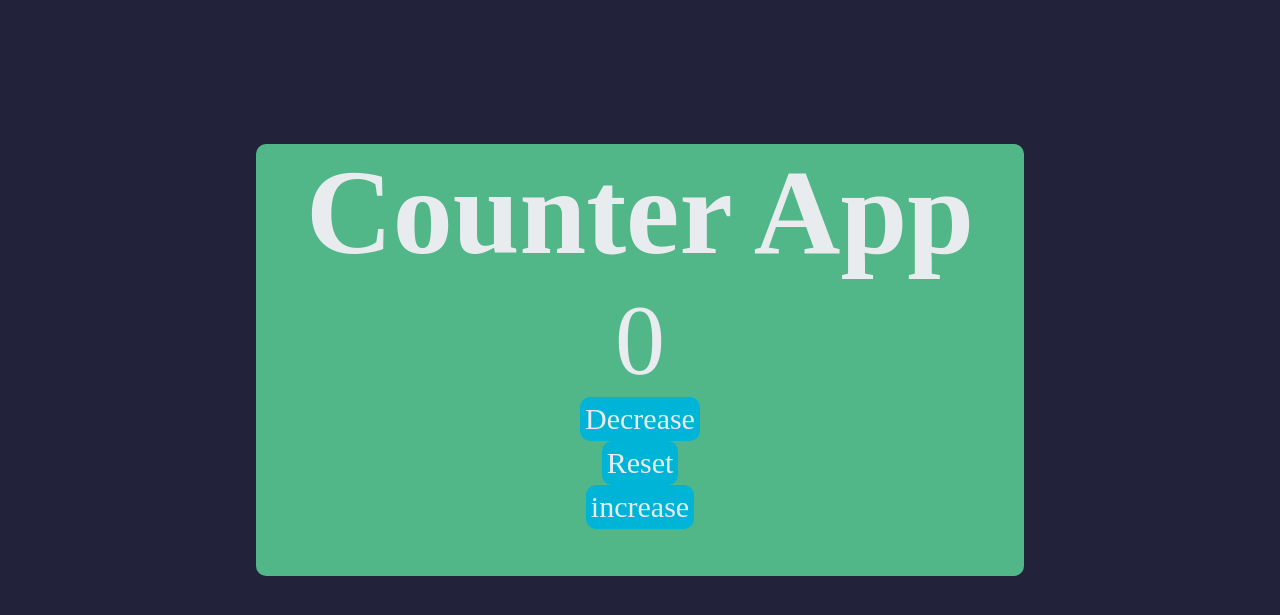
Repository: Yuukicoder/basicProject
Page: project2.html
These files come from the project's save history. The page is drawn as it stood at one moment and after the next save; the edit follows.
The browser window is 1280 px wide. The pictures show the whole page.
Some web fonts or font styles are not loaded; a fallback is used.

Above is the page before, as saved 2023-02-24 21:50:05.

### project2.html
<!DOCTYPE html>
<html lang="en">
  <head>
    <meta charset="UTF-8" />
    <meta http-equiv="X-UA-Compatible" content="IE=edge" />
    <meta name="viewport" content="width=device-width, initial-scale=1.0" />
    <title>Counter App</title>
    <link
      rel="shortcut icon"
      href="assets/Image/project2.png"
      type="image/x-icon"
    />
    <link rel="stylesheet" href="assets/css/project2.css" />
  </head>
  <body>
    <section class="box">
      <h1>Counter App</h1>
      <p class="counter-preview">0</p>
      <div class="buttons" id="allBtns">
        <button class="decrement" id="decrement">Decrease</button>
        <button class="reset" id="reset">Reset</button>
        <button class="increment" id="increment">increase</button>
      </div>
    </section>
    <script src="assets/js/project2.js"></script>
  </body>
</html>

### assets/css/project2.css
@import url("https://fonts.googleapis.com/css2?family=Arima:wght@100;200;300;400;500;700&display=swap");
* {
  margin: 0;
  padding: 0;
  box-sizing: border-box;
  /* border: 1px solid black; */
}
:root {
  --button: #00b4d8;
  --text: #e9ecef;
}
body {
  background-color: #22223b;
  height: 100vh;
  width: 100vw;
  display: flex;
  align-items: center;
  justify-content: center;
}
.box {
  width: 60%;
  height: 60%;
  background-color: #52b788;
  border-radius: 10px;
}
h1,
p {
  color: var(--text);
}
h1 {
  font-family: Arima;
  font-size: 120px;
  text-align: center;
}
p {
  display: block;
  font-size: 100px;
  text-align: center;
}

button {
  background-color: var(--button);
  color: var(--text);
  font-family: Arima;
  font-size: 30px;
  border: none;
  border-radius: 10px;
  padding: 5px 5px;
  display: block;
  margin-right: auto;
  margin-left: auto;
}

### assets/js/project2.js
const display = document.querySelector('.counter-preview');
const allBtns = document.querySelector('#allBtns');
allBtns.addEventListener('click',counter);
var value = 0;
function counter(x) {
    const btn = x.target.id;
    if(btn === 'increment'){
        value += 1;
    }
    else if(btn === 'decrement'){
        value -= 1;
    }
    else value = 0;
    display.textContent = value;
}

After the next save:
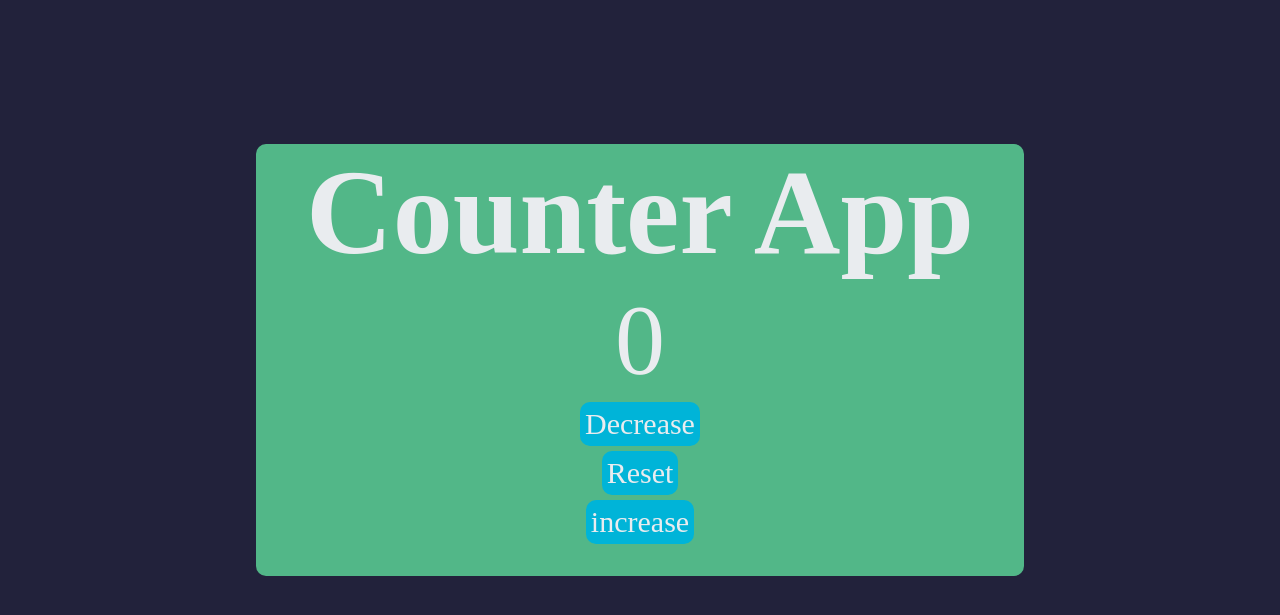
Saved 10 s later.
--- a/assets/css/project2.css
+++ b/assets/css/project2.css
@@ -46,6 +46,7 @@
   border: none;
   border-radius: 10px;
   padding: 5px 5px;
+  margin: 5px 5px;
   display: block;
   margin-right: auto;
   margin-left: auto;

After the save that followed:
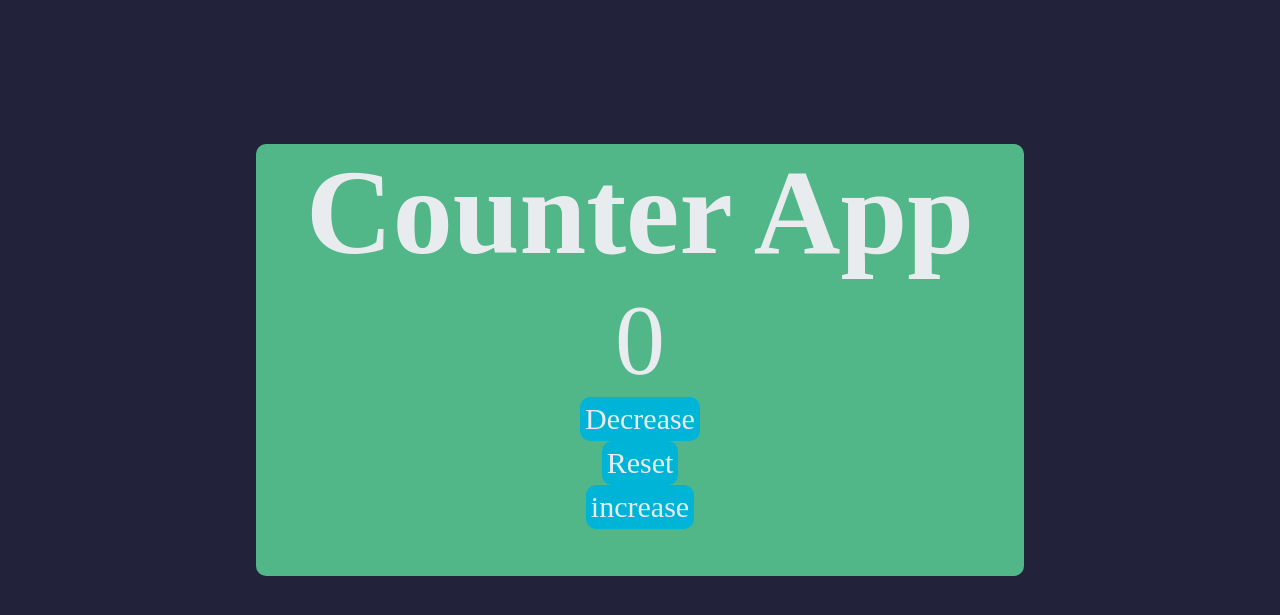
Saved 8 s later.
--- a/assets/css/project2.css
+++ b/assets/css/project2.css
@@ -46,7 +46,6 @@
   border: none;
   border-radius: 10px;
   padding: 5px 5px;
-  margin: 5px 5px;
   display: block;
   margin-right: auto;
   margin-left: auto;
